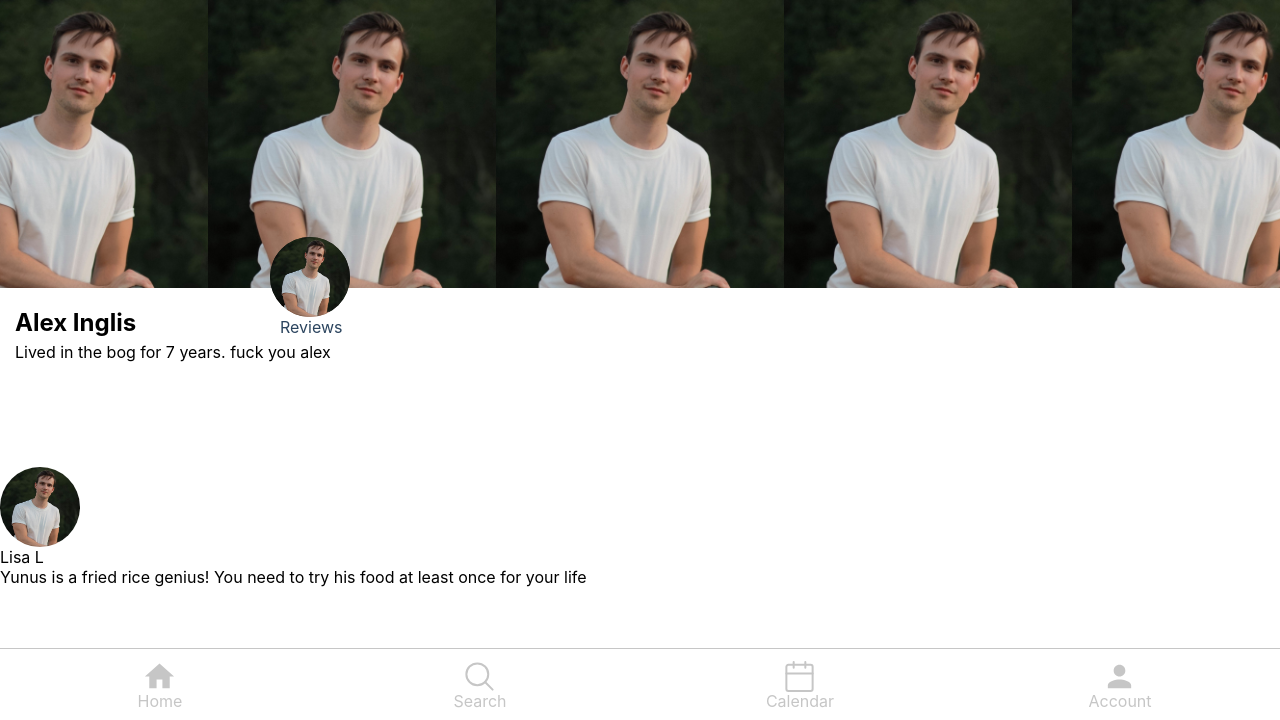
Repository: nguyenlejoe/HomeChef
Page: /MyAccountGourmet (app in app/)
The author's editor kept a copy of each file at every save. The page is drawn from the files as they stood at one save, then again after the next save.
The browser window is 1280 px wide. The pictures show the whole page.
The project was rebuilt for these pictures with package versions that can differ from the ones it lists, and the page was loaded fresh each time. Also part of the build but not shown: app/src/comps/MainButton/index.js, app/src/comps/ActivityPost/index.js.

Above is the page before, as saved 2020-11-07 11:16:27.

After the next save:
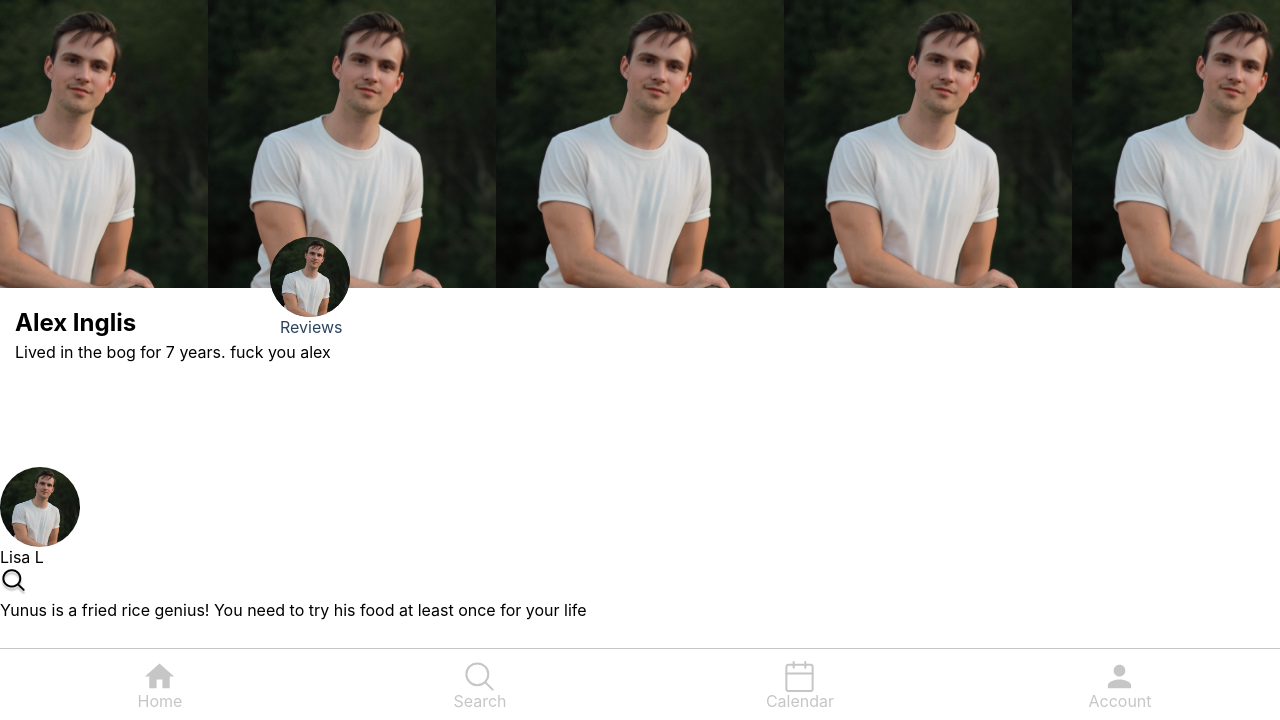
Saved 3 min 46 s later.
--- a/app/src/pages/ChefReview.js
+++ b/app/src/pages/ChefReview.js
@@ -27,11 +27,7 @@ export default function Home() {
             <div className="ReviewCont">
                 <div className="ReviewProfile"><Avatar></Avatar>Lisa L</div>
                 <div className="Rating">
-                    <div className="stars"></div>
-                    <div className="stars"></div>
-                    <div className="stars"></div>
-                    <div className="stars"></div>
-                    <div className="stars"></div>
+                    <img src='/searchicon.png' />
                 </div>
                 <div>Yunus is a fried rice genius! You need to try his food at least once for your life</div>
             </div>
